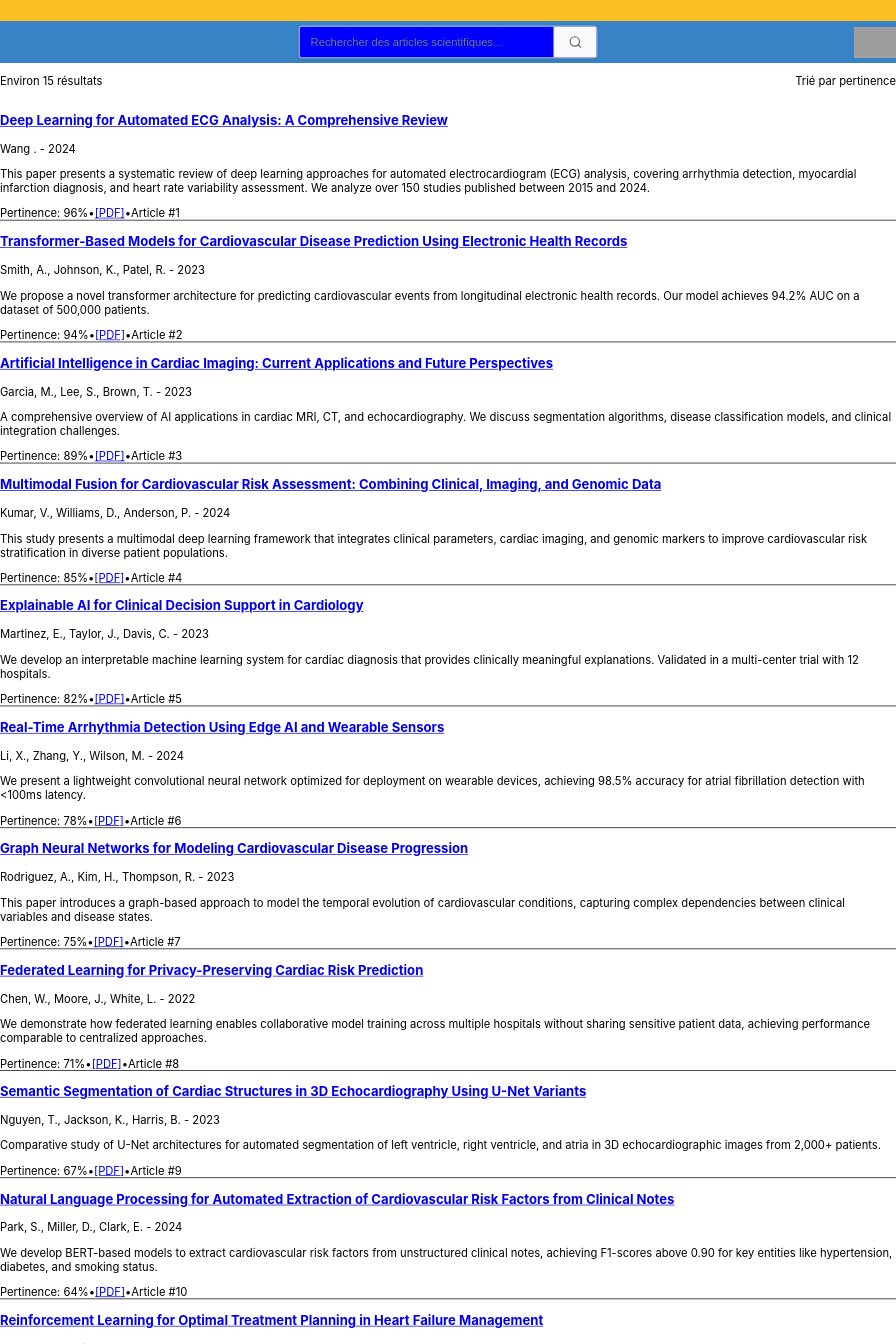
Repository: elh33/SemanticSciSearch
Page: / (app in frontend/)
An editor plug-in stored every save of this project. The page is shown before and after a run of saves, followed by the edit.
The browser window is 1280 px wide. The pictures show the part of the page from y = 0 to 1920 px (the page is 2665 px tall), at 70% of full size.
Pictures or frames that could not be fetched are drawn as grey boxes. The project was rebuilt for these pictures with package versions that can differ from the ones it lists, and the page was loaded fresh each time.

Above is the page before, as saved 2025-11-21 23:40:15.

After the next 2 saves:
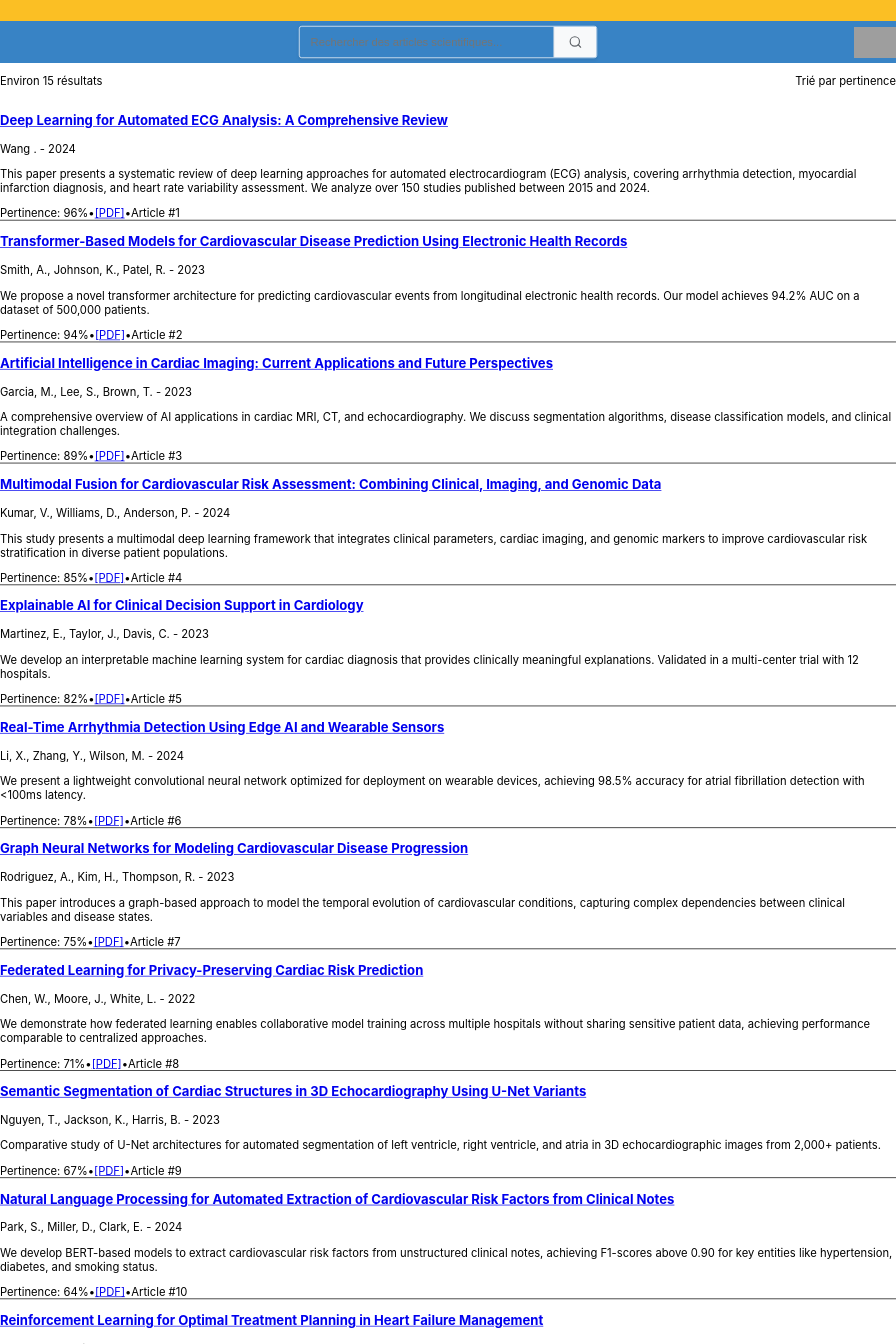
The 2 saves are shown as one change because 1 did not build or start.
The last was saved 20 s later.
--- a/frontend/src/components/SearchResults.tsx
+++ b/frontend/src/components/SearchResults.tsx
@@ -52,7 +52,7 @@ const SearchResults: React.FC = () => {
                 <div
                   className="flex items-center overflow-hidden"
                   style={{
-                    backgroundColor: 'blue',
+                    backgroundColor: '#3883c5ff',
                     borderRadius: '4px',
                     boxShadow: '0 2px 5px rgba(0,0,0,0.1)',
                     border: '1px solid #ffffffff'
